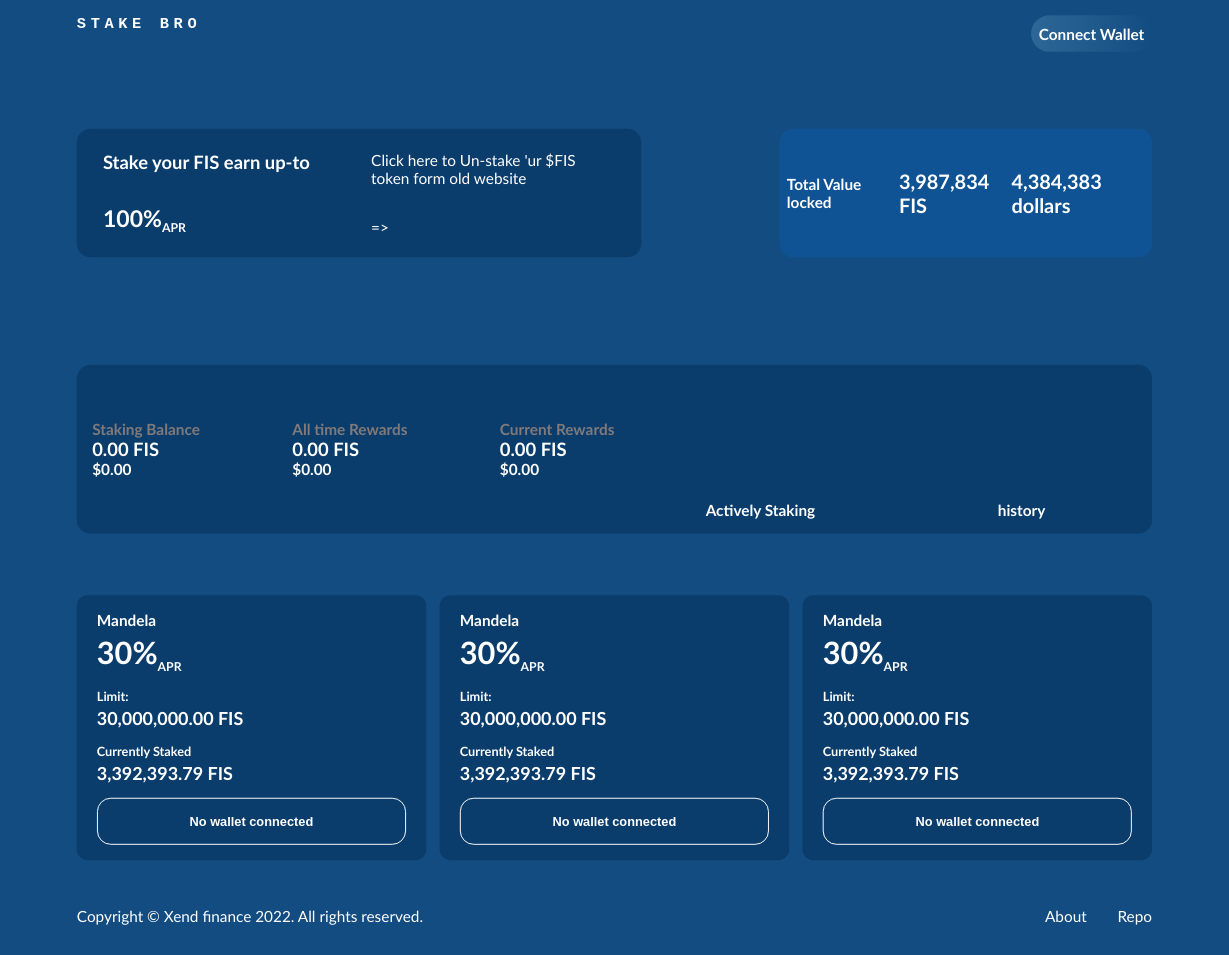
Repository: NorVirae/Stake
Page: /
An editor plug-in stored every save of this project. The page is shown before and after the next save, followed by the edit.
The browser window is 1280 px wide. The pictures show the whole page, at 96% of full size.
The project was rebuilt for these pictures with package versions that can differ from the ones it lists, and the page was loaded fresh each time.

Above is the page before, as saved 2022-04-18 02:47:08.

After the next save:
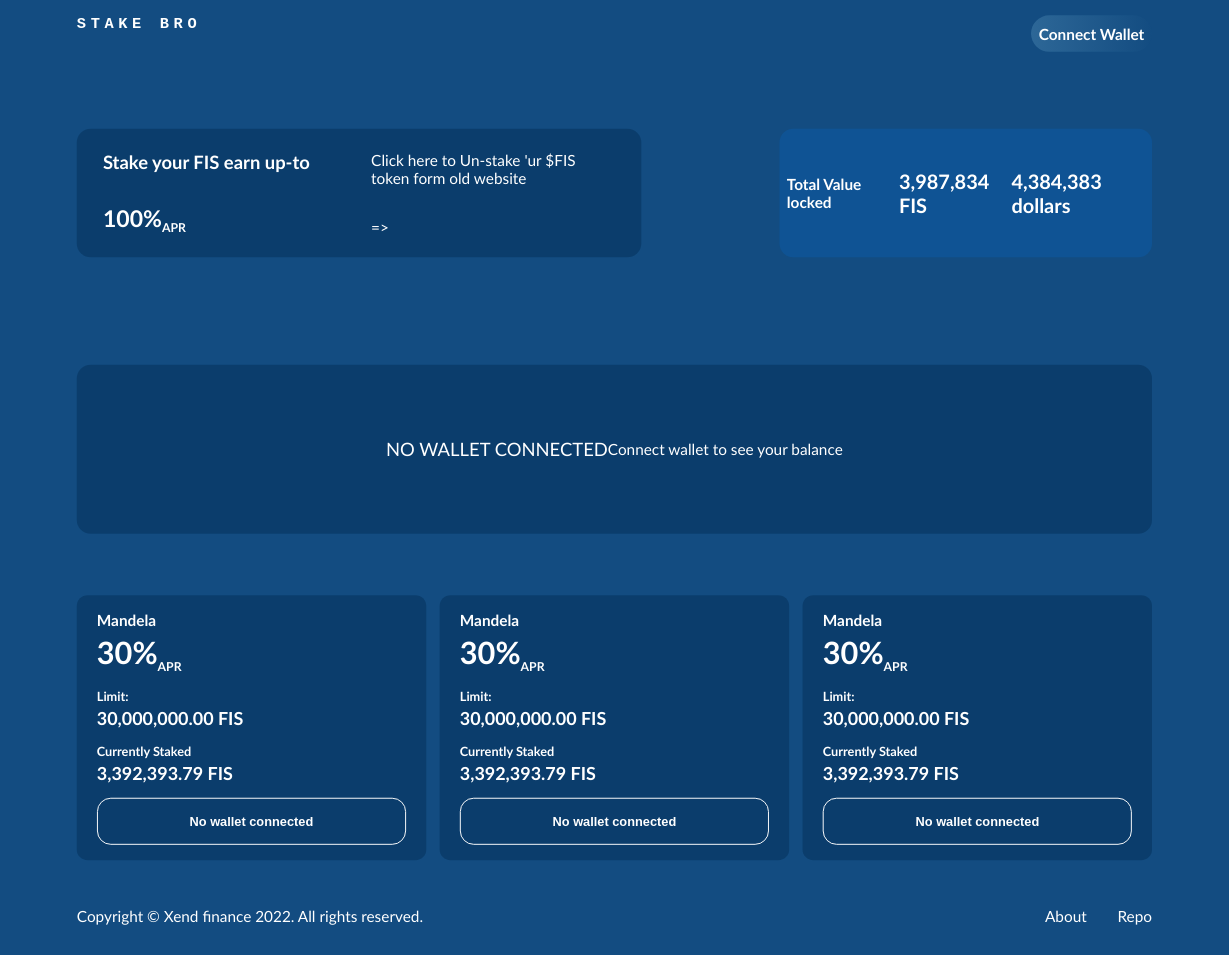
Saved 24 s later.
--- a/src/App.tsx
+++ b/src/App.tsx
@@ -4,7 +4,7 @@ import AprCard from './components/cards/apr-card';
 import './styles/app.css'
 
 function App() {
-  const [isWalletConnected, setIsWalletConnected] = useState(false)
+  const [isWalletConnected, setIsWalletConnected] = useState(true)
 
   return (
     <div className="stake-container">
